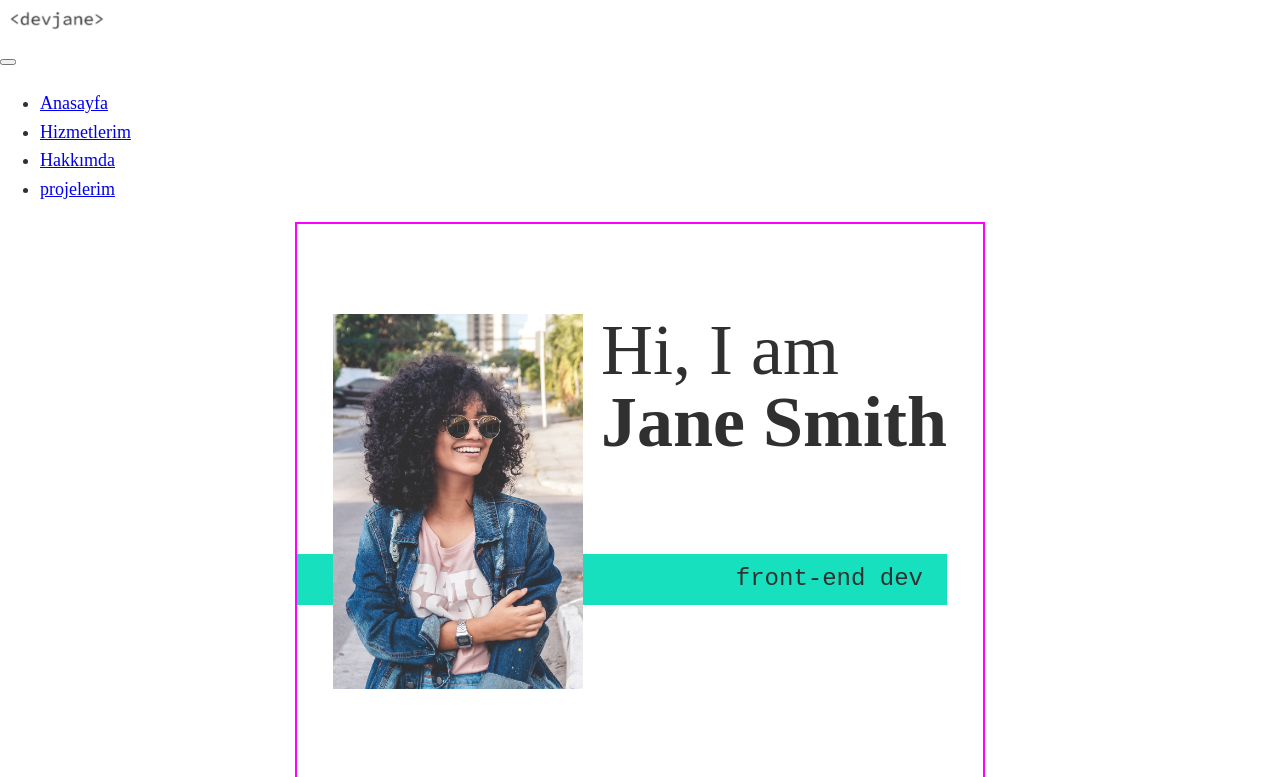
Repository: denizangin/portfolyo
Page: index.html
The author's editor kept a copy of each file at every save. The page is drawn from the files as they stood at one save, then again after the next save.
The browser window is 1280 px wide. The pictures show the part of the page from y = 0 to 777 px (the page is 3961 px tall before and 3957 px after).
Pictures or frames that could not be fetched are drawn as grey boxes. A picture or video elsewhere on the page could not be fetched, so the positions and the page height are approximate.

Above is the page before, as saved 2024-08-06 04:07:33.

After the next save:
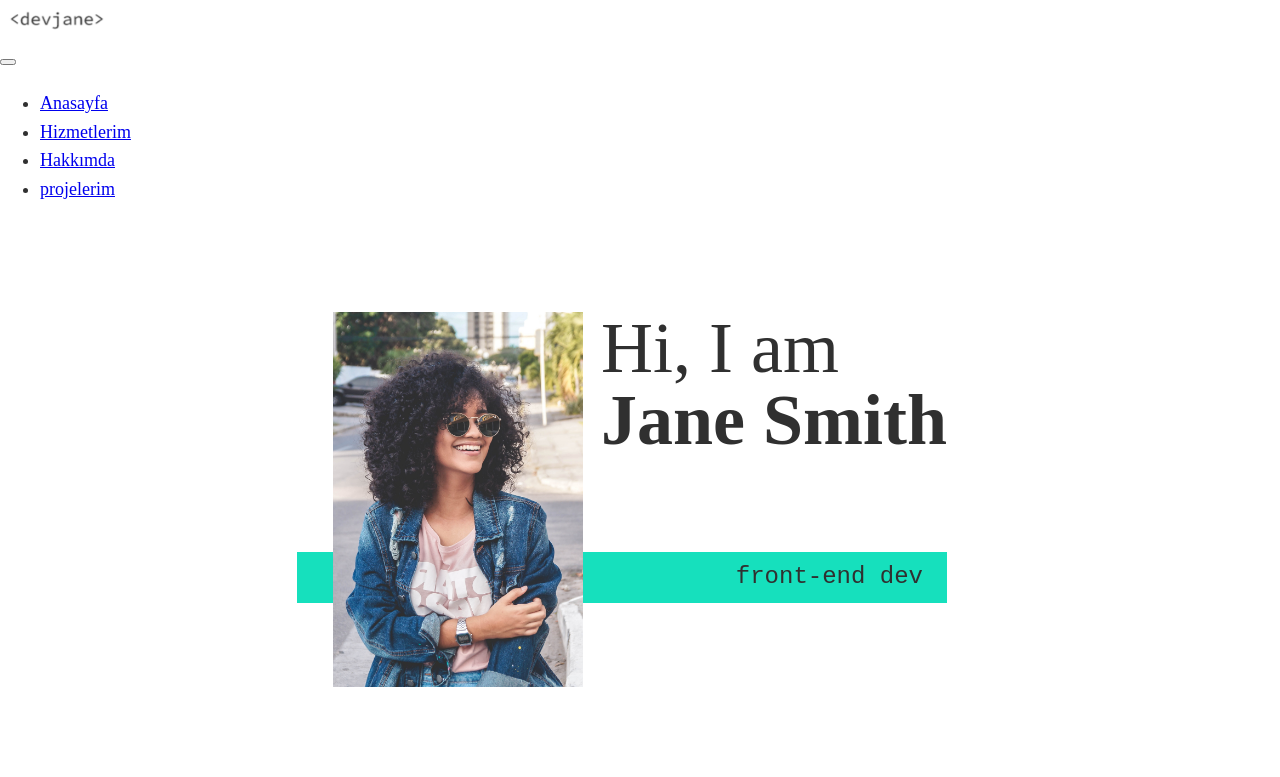
Saved 23 s later.
--- a/style.css
+++ b/style.css
@@ -126,7 +126,7 @@ font-weight: var(--fw-reg);
 }
 @media(min-width: 600px) {
     .intro {
-        border: 2px solid magenta;
+
         display: grid;
         width: min-content;
         margin: 0 auto;
